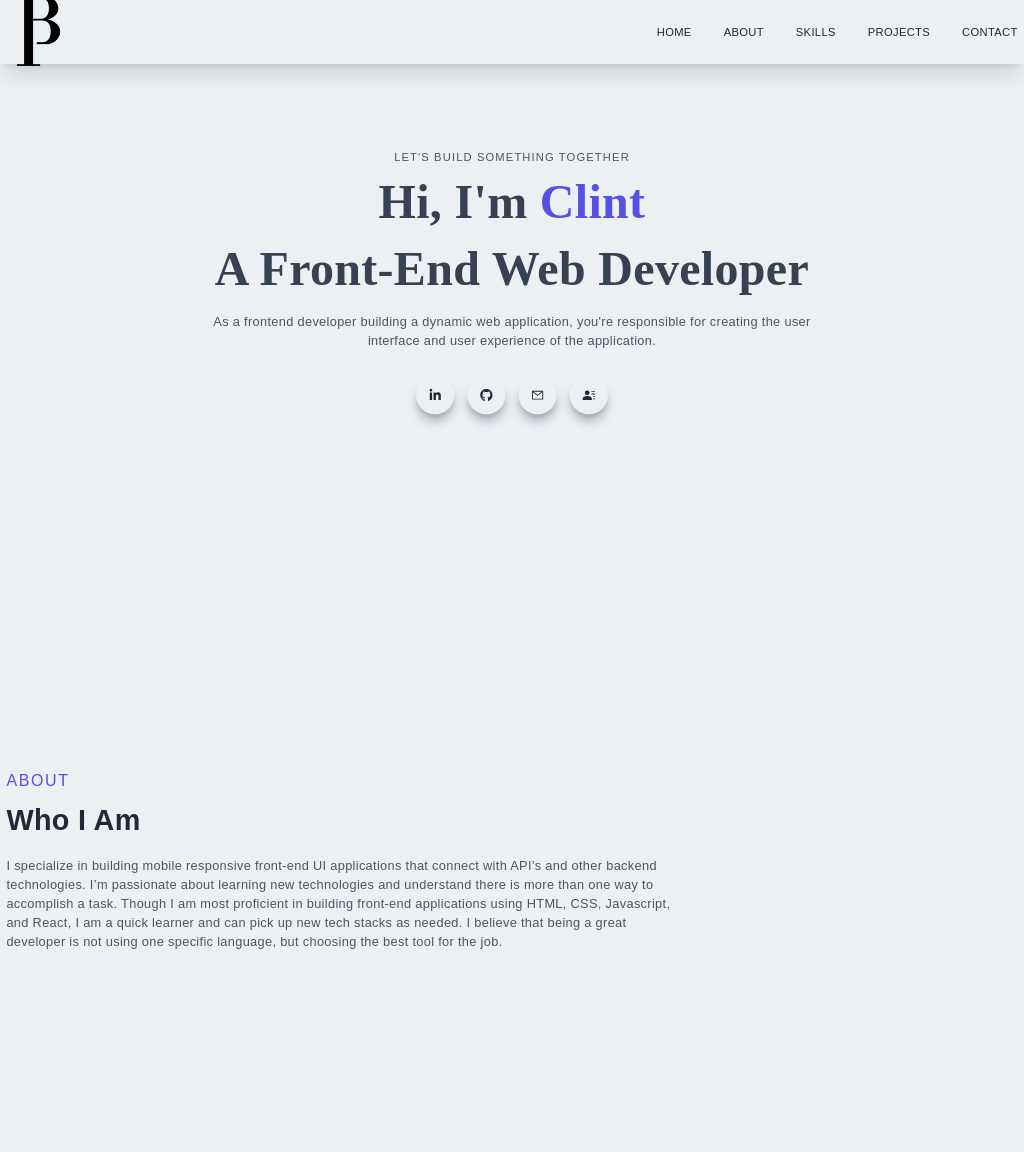
Repository: bittu-Patel/portfolio-resume-next-js
Page: /
These files come from the project's save history. The page is drawn as it stood at one moment and after the next save; the edit follows.
The browser window is 1280 px wide. The pictures show the whole page, at 80% of full size.
The project was rebuilt for these pictures with package versions that can differ from the ones it lists, and the page was loaded fresh each time. The framework's server and built-in components were replaced by stand-ins that run in the browser. Also part of the build but not shown: next.config.js.

Above is the page before, as saved 2023-09-22 13:38:03.

### pages/_app.js

import '../styles/globals.css'

 function App({ Component, pageProps }) {
  return <Component {...pageProps} />
}

export default App

### pages/index.js
import About from '../components/About.jsx'
import Main from '../components/Main.jsx'
import Navbar from '../components/Navbar.jsx'
import React from 'react'

const index = () => {
  return (
    <div>
      <Navbar />
     <Main />
     <About />
    </div>
  )
}

export default index

### components/About.jsx
import React from 'react'

const About = () => {
  return (
    <div className='w-full md:h-screen p-2  flex items-center py-16'>
        <div className='max-w-[1240] m-auto md:grid grid-cols-3 gap-8'>
            <div className='col-span-2'>
                <p className='uppercase text-xl tracking-widest text-[#5651e5]'>About</p>

                <h2 className='py-4'>Who I Am</h2>

                <p className='py-2 text-gray-600'>I specialize in building mobile responsive front-end UI applications
            that connect with API’s and other backend technologies. I’m
            passionate about learning new technologies and understand there is
            more than one way to accomplish a task. Though I am most proficient
            in building front-end applications using HTML, CSS, Javascript, and
            React, I am a quick learner and can pick up new tech stacks as
            needed. I believe that being a great developer is not using one
            specific language, but choosing the best tool for the job.</p>
<p></p>
            </div>
            <div></div>
        </div>
    </div>
  )
}

export default About

### components/Main.jsx
import { AiOutlineMail } from 'react-icons/ai'
import { BsFillPersonLinesFill } from 'react-icons/bs';
import { FaGithub, FaLinkedinIn } from 'react-icons/fa'

const Main = () => {
  return (
    <div className='w-full h-screen text-center'>
      <div className='max-w-[1240px] w-full h-full mx-auto p-2 flex justify-center items-center'>
        <div>
<p className='uppercase text-sm tracking-widest text-gray-600'>Let&apos;S build something together</p>
<h1 className='py-4 text-gray-700'>
            Hi, I&#39;m <span className='text-[#5651e5]'> Clint</span>
          </h1>
          <h1 className=' py-2 text-gray-700'>
          A Front-End Web Developer
          </h1>
          <p className='py-4 text-gray-600 max-w-[70%] m-auto'>As a frontend developer building a dynamic web application, you&apos;re responsible for creating the user interface and user experience of the application.</p>
        <div className=' gap-4 flex items-center justify-center max-w-[330px] m-auto py-4'>
<div className='rounded-full shadow-lg shadow-gray-400 p-4 cursor-pointer hover:scale-105 ease-in duration-300'>
  <FaLinkedinIn />
</div>
<div className='rounded-full shadow-lg shadow-gray-400 p-4 cursor-pointer hover:scale-105 ease-in duration-300'>
  <FaGithub />
</div>
<div className='rounded-full shadow-lg shadow-gray-400 p-4 cursor-pointer hover:scale-105 ease-in duration-300'>
  <AiOutlineMail />
</div>
<div className='rounded-full shadow-lg shadow-gray-400 p-4 cursor-pointer hover:scale-105 ease-in duration-300'>
  <BsFillPersonLinesFill />
</div>
        </div>
        </div>
      </div>
    </div>
  )
}

export default Main

### components/Navbar.jsx
import Image from 'next/image'
import React, { useState } from 'react'
import { FaGithub, FaLinkedinIn } from 'react-icons/fa';
import { BsFillPersonLinesFill } from 'react-icons/bs';
import Link from 'next/link'
import { AiOutlineClose, AiOutlineMenu ,AiOutlineMail } from 'react-icons/ai'

const Navbar = () => {
    const [nav, setNav] = useState(false)

    const handleNav = () => {
        setNav(!nav)
    }
  return (
    <div className='fixed w-full h-20 shadow-xl z-[100]'>
<div className='flex justify-between items-center w-full h-full px-2 2xl:px-16'>
    <Image src="/../assets/navLogo.png" alt="/" width='80' height='20' />
<div>
    <ul className='hidden md:flex'>
        <Link href='/'>
            <li className='ml-10 text-sm uppercase hover:border-b'>Home</li>
        </Link>
        <Link href='/'>
            <li className='ml-10 text-sm uppercase hover:border-b'>About</li>
        </Link>
        <Link href='/'>
            <li className='ml-10 text-sm uppercase hover:border-b'>Skills</li>
        </Link>
        <Link href='/'>
            <li className='ml-10 text-sm uppercase hover:border-b'>Projects</li>
        </Link>
        <Link href='/'>
            <li className='ml-10 text-sm uppercase hover:border-b'>Contact</li>
        </Link>
    </ul>
    <div onClick={handleNav} className='md:hidden'>
    <AiOutlineMenu />
    </div>
</div>
</div>
<div className={nav ? 'md:hidden fixed left-0 top-0 w-full h-screen bg-black/70' : ''}>
<div
          className={
            nav
              ? ' fixed left-0 top-0 w-[75%] sm:w-[60%] md:w-[45%] h-screen bg-[#ecf0f3] p-10 ease-in duration-500'
              : 'fixed left-[-100%] top-0 p-10 ease-in duration-500'
          }
        >
 <div >
    <div className='flex w-full items-center justify-between'>
<Image src="/../assets/navLogo.png" width='80' height='30' alt='/'/>
<div onClick={handleNav} className='rounded-full shadow-lg shadow-gray-400 p-3 cursor-pointer'>
<AiOutlineClose />
</div>
    </div>
    <div onClick={handleNav} className='border-b border-gray-300 my-4'>
        <p className='w-[85%] md:w-[90%] py-4'>Let&apos;S build something together </p>
    </div>
 </div>
 <div className='py-2 flex flex-col'>
    <ul className='uppercase'>
        <Link href='/'>
            <li className='py-4 text-sm'>Home</li>
        </Link>
        <Link href='/'>
            <li className='py-4 text-sm'>About</li>
        </Link>
        <Link href='/'>
            <li className='py-4 text-sm'>Skills</li>
        </Link>
        <Link href='/'>
            <li className='py-4 text-sm'>Projects</li>
        </Link>
        <Link href='/'>
            <li className='py-4 text-sm'>Contact</li>
        </Link>
    </ul>
    <div className='pt-40'>
 <p className='uppercase tracking-widest text-[#5651e5]'>
    Let&apos;S Connect
    </p>
    <div className='flex items-center justify-between my-4 w-full sm:w-[80%]'>
 <div className='rounded-full shadow-lg shadow-gray-400 p-3 cursor-pointer hover:scale-105 ease-in duration-300'>
 <FaLinkedinIn />
 </div>
 <div className='rounded-full shadow-lg shadow-gray-400 p-3 cursor-pointer hover:scale-105 ease-in duration-300'>
 <FaGithub />
 </div>
 <div className='rounded-full shadow-lg shadow-gray-400 p-3 cursor-pointer hover:scale-105 ease-in duration-300'>
 <AiOutlineMail />
 </div>
 <div className='rounded-full shadow-lg shadow-gray-400 p-3 cursor-pointer hover:scale-105 ease-in duration-300'>
 <BsFillPersonLinesFill />
 </div>
</div>
    </div>
 </div>
    </div>
</div>
    </div>
  )
}

export default Navbar

Loaded but not shown: pages/_document.tsx (common file); styles/globals.css (common file); tailwind.config.ts (common file)

After the next save:
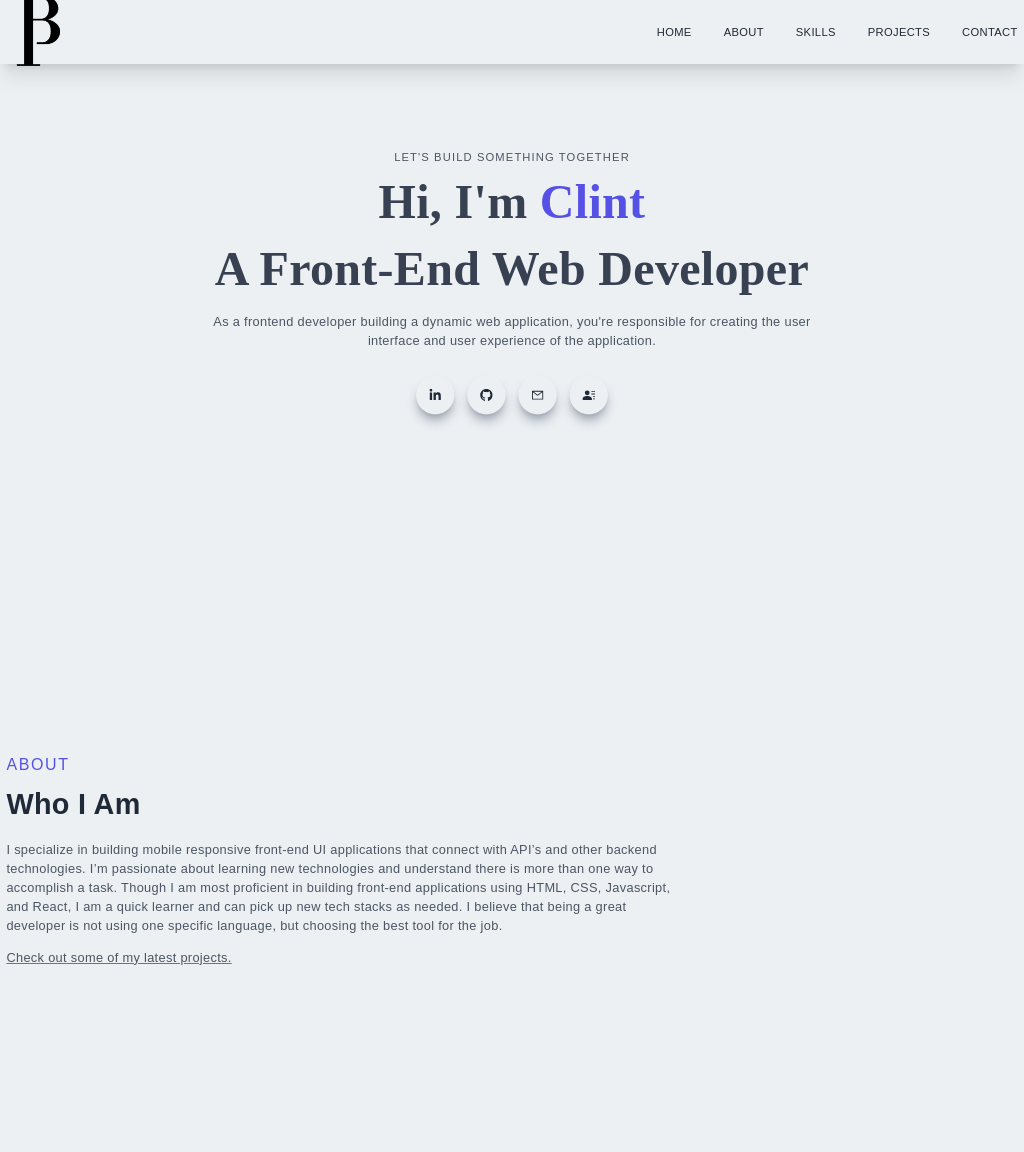
Saved 38 s later.
--- a/components/About.jsx
+++ b/components/About.jsx
@@ -17,8 +17,9 @@ const About = () => {
             React, I am a quick learner and can pick up new tech stacks as
             needed. I believe that being a great developer is not using one
             specific language, but choosing the best tool for the job.</p>
-<p></p>
-            </div>
+            <p className='py-2 text-gray-600 underline cursor-pointer'>
+              Check out some of my latest projects.
+            </p>            </div>
             <div></div>
         </div>
     </div>
